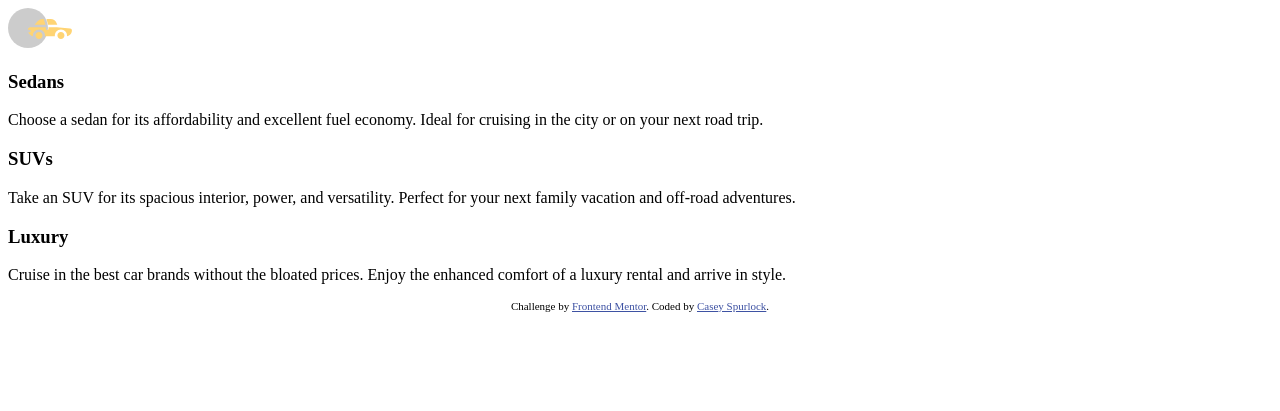
Repository: CaseySpurlock/3-column-preview-card-component-main
Page: index.html
The author's editor kept a copy of each file at every save. The page is drawn from the files as they stood at one save, then again after the next save.
The browser window is 1280 px wide. The pictures show the whole page.

Above is the page before, as saved 2021-06-23 10:06:10.

### index.html
<!DOCTYPE html>
<html lang="en">
<head>
  <meta charset="UTF-8">
  <meta name="viewport" content="width=device-width, initial-scale=1.0"> <!-- displays site properly based on user's device -->

  <link rel="icon" type="image/png" sizes="32x32" href="./images/favicon-32x32.png">

  <title>Frontend Mentor | 3-column preview card component</title>

  <link rel="stylesheet" href="style.css">
</head>
<body>

  <div class="container">
    <div class="card">
      <img src="./images/icon-sedans.svg" alt="">

      <h3>Sedans</h3>

      <p>Choose a sedan for its affordability and excellent fuel economy. Ideal for cruising in the city
        or on your next road trip.</p>
    </div>

    <div class="card">
      <h3>SUVs</h3>

      <p>Take an SUV for its spacious interior, power, and versatility. Perfect for your next family vacation
        and off-road adventures.</p>
    </div>

    <div class="card">
      <h3>Luxury</h3>

      <p>Cruise in the best car brands without the bloated prices. Enjoy the enhanced comfort of a luxury
      rental and arrive in style.</p>
    </div>
  </div>

  <div class="attribution">
    Challenge by <a href="https://www.frontendmentor.io?ref=challenge" target="_blank">Frontend Mentor</a>.
    Coded by <a href="https://csgc86.myportfolio.com/" target="_blank">Casey Spurlock</a>.
  </div>
</body>
</html>

### style.css
.attribution {
    font-size: 11px;
    text-align: center;
}

.attribution a {
    color: hsl(228, 45%, 44%);
}

After the next save:
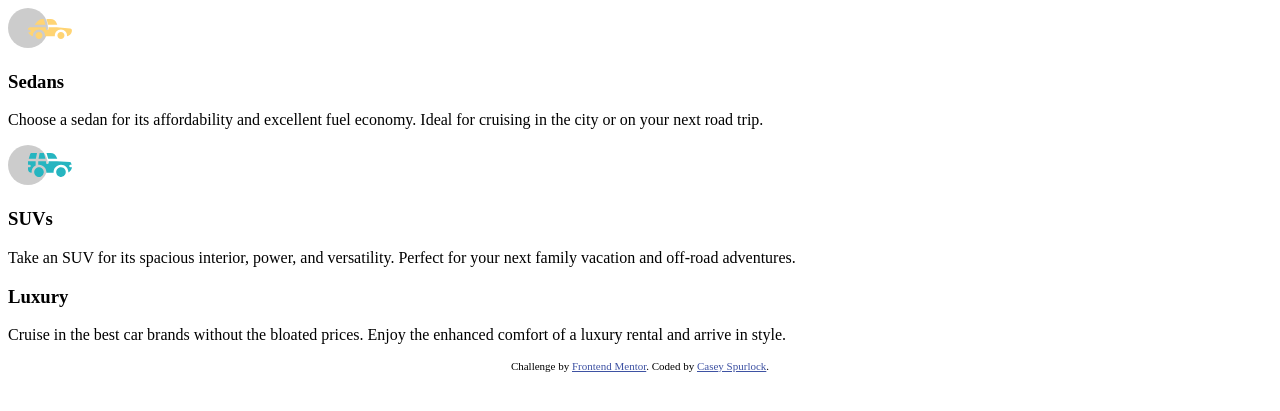
Saved 48 s later.
--- a/index.html
+++ b/index.html
@@ -14,7 +14,7 @@
 
   <div class="container">
     <div class="card">
-      <img src="./images/icon-sedans.svg" alt="">
+      <img src="./images/icon-sedans.svg" alt="sedan img">
 
       <h3>Sedans</h3>
 
@@ -23,6 +23,8 @@
     </div>
 
     <div class="card">
+      <img src="./images/icon-suvs.svg" alt="suv img">
+
       <h3>SUVs</h3>
 
       <p>Take an SUV for its spacious interior, power, and versatility. Perfect for your next family vacation
